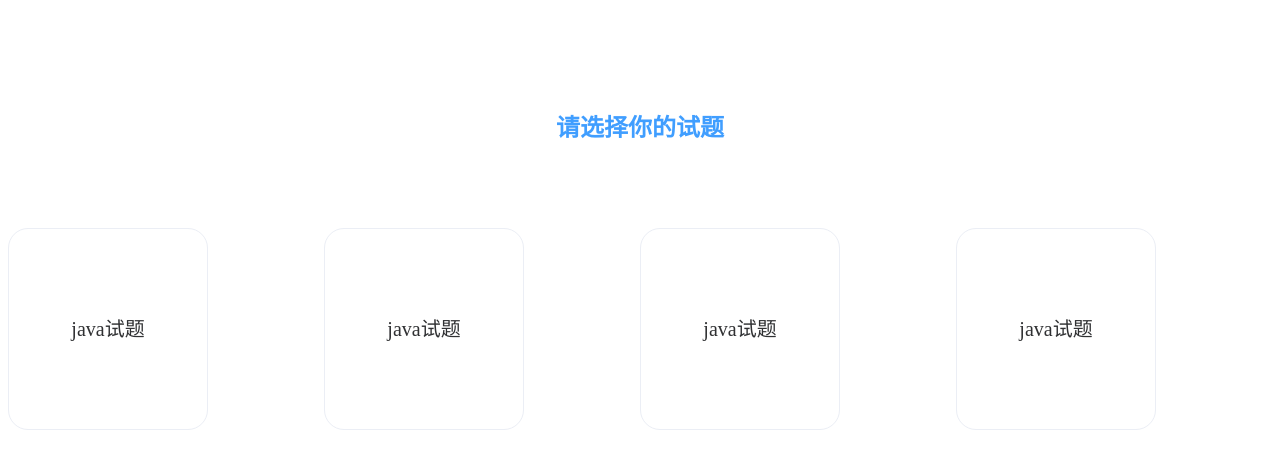
Repository: Fhup/OQP
Page: /home
The author's editor kept a copy of each file at every save. The page is drawn from the files as they stood at one save, then again after the next save.
The browser window is 1280 px wide. The pictures show the whole page.
The project was rebuilt for these pictures with package versions that can differ from the ones it lists, and the page was loaded fresh each time.

Above is the page before, as saved 2021-11-28 09:00:22.

After the next save:
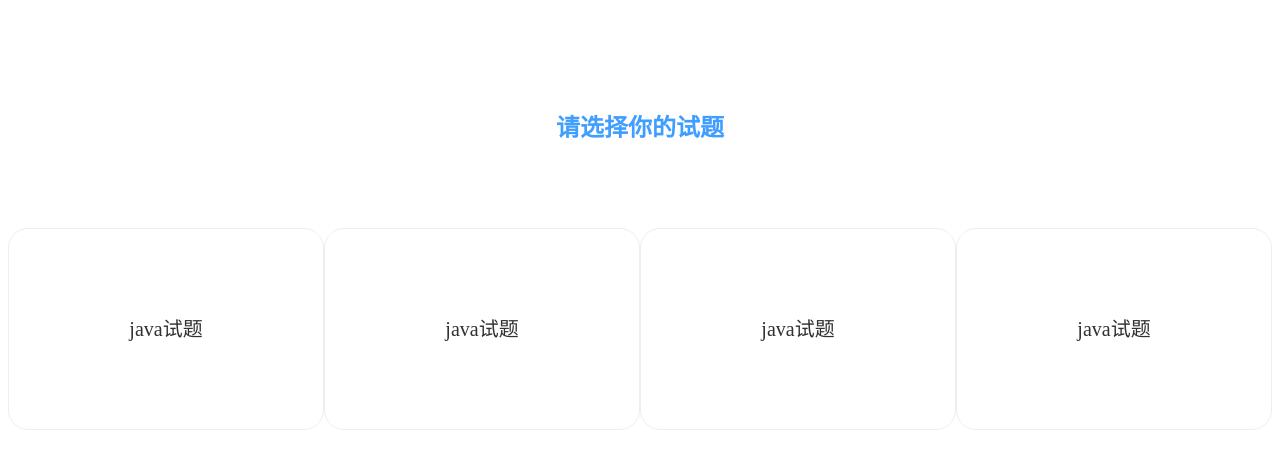
Saved 18 s later.
--- a/src/views/home/childCopms/homeCheckItem.vue
+++ b/src/views/home/childCopms/homeCheckItem.vue
@@ -1,9 +1,9 @@
 <template>
-    <el-col :span="6"><div class="grid-content">
+    <div class="grid-content">
         <el-card shadow="hover" >
           java试题
         </el-card>
-    </div></el-col>
+    </div>
 </template>
 
 <script>
